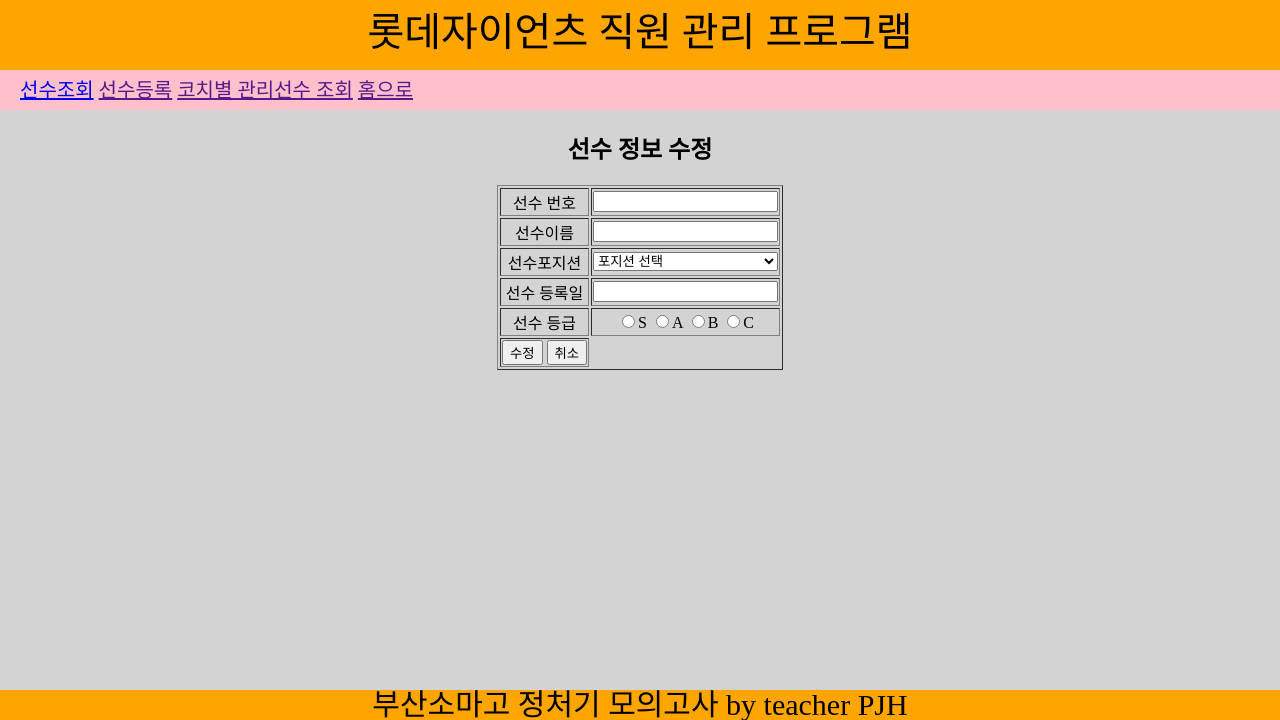
Repository: jeajune0221/information
Page: http://localhost/HRD_2411/update.jsp
The author's editor kept a copy of each file at every save. The page is drawn from the files as they stood at one save, then again after the next save.
The browser window is 1280 px wide. The pictures show the whole page.
The page is served by Tomcat 9.

Above is the page before, as saved 2026-03-16 11:20:22.

### hrdkorea/HRD_2411/src/main/webapp/update.jsp
<%@ page language="java" contentType="text/html; charset=UTF-8"
    pageEncoding="UTF-8"%>
<!DOCTYPE html>
<html>
<head>
<meta charset="UTF-8">
<title>Insert title here</title>
<link href ="style.css" rel ="stylesheet">
</head>
<body>
<jsp:include page="header.jsp"></jsp:include>
<section>
<H2>선수 정보 수정</H2>
<form style = "display : flex; align-items : center; justify-content : center; text-align : center">
<table border = 1>
<tr>
<td>선수 번호</td>
<td><input type ="text" name = "pid"></td>
</tr>
<tr>
<td>선수이름</td>
<td><input type ="text" name ="pname"></td>
</tr>
<tr>
<td>선수포지션</td>
<td>
<select name ="ppostion" style ="width : 100%">
<option value ="">포지션 선택</option>
<option value ="투수">투수</option>
<option value ="내야수">내야수</option>
<option value ="외야수">외야수</option>
</select>
</td>
</tr>
<tr>
<td>선수 등록일</td>
<td><input type="text" name ="pdate"></td>
</tr>
<tr>
<td>선수 등급</td>
<td><input type ="radio" name = "pgrade" value ="S">S
<input type ="radio" name = "pgrade" value ="A">A
<input type ="radio" name = "pgrade" value ="B">B
<input type ="radio" name = "pgrade" value ="C">C</td>
</tr>
<tr>
<td >
<button>수정</button>
<button>취소</button>
</td>
</tr>

</table>
</form>
</section>
<jsp:include page="footer.jsp"></jsp:include>
</body>
</html>

### hrdkorea/HRD_2411/src/main/webapp/header.jsp
<%@ page language="java" contentType="text/html; charset=UTF-8"
    pageEncoding="UTF-8"%>
<!DOCTYPE html>
<html>
<head>
<meta charset="UTF-8">
<title>Insert title here</title>
<link href = "style.css" rel ="stylesheet">
</head>
<body>
<header>롯데자이언츠 직원 관리 프로그램</header>
<nav>
<a href="list.jsp">선수조회</a>
<a href="">선수등록</a>
<a href="">코치별 관리선수 조회</a>
<a href="">홈으로</a>
</nav>
</body>
</html>

### hrdkorea/HRD_2411/src/main/webapp/footer.jsp
<%@ page language="java" contentType="text/html; charset=UTF-8"
    pageEncoding="UTF-8"%>
<!DOCTYPE html>
<html>
<head>
<meta charset="UTF-8">
<title>Insert title here</title>
<link href ="style.css" rel = "stylesheet">
</head>
<body>
<footer>부산소마고 정처기 모의고사 by teacher PJH</footer>
</body>
</html>

### hrdkorea/HRD_2411/src/main/webapp/style.css
@charset "UTF-8";
header{
	position :fixed;
	top:0px;
	left : 0px;
	width : 100%;
	height : 70px;
	background : orange;
	text-align:center;
	font-size : 40px;
}
nav{
	position : fixed;
	top : 70px;
	left : 0px;
	width : 100%;
	height : 40px;
	background : pink;
	line-height : 40px;
	padding-left : 20px;
	font-size : 20px;
}
section{
	position : fixed;
	top : 110px;
	left : 0px;
	width : 100%;
	height : 100%;
	background : lightgray;
	text-align : center;
}

footer{
	position : fixed;
	bottom : 0px;
	left : 0px;
	width : 100%;
	height : 30px;
	background : orange;
	line-height : 30px;
	text-align : center;
	font-size : 30px;

}

After the next save:
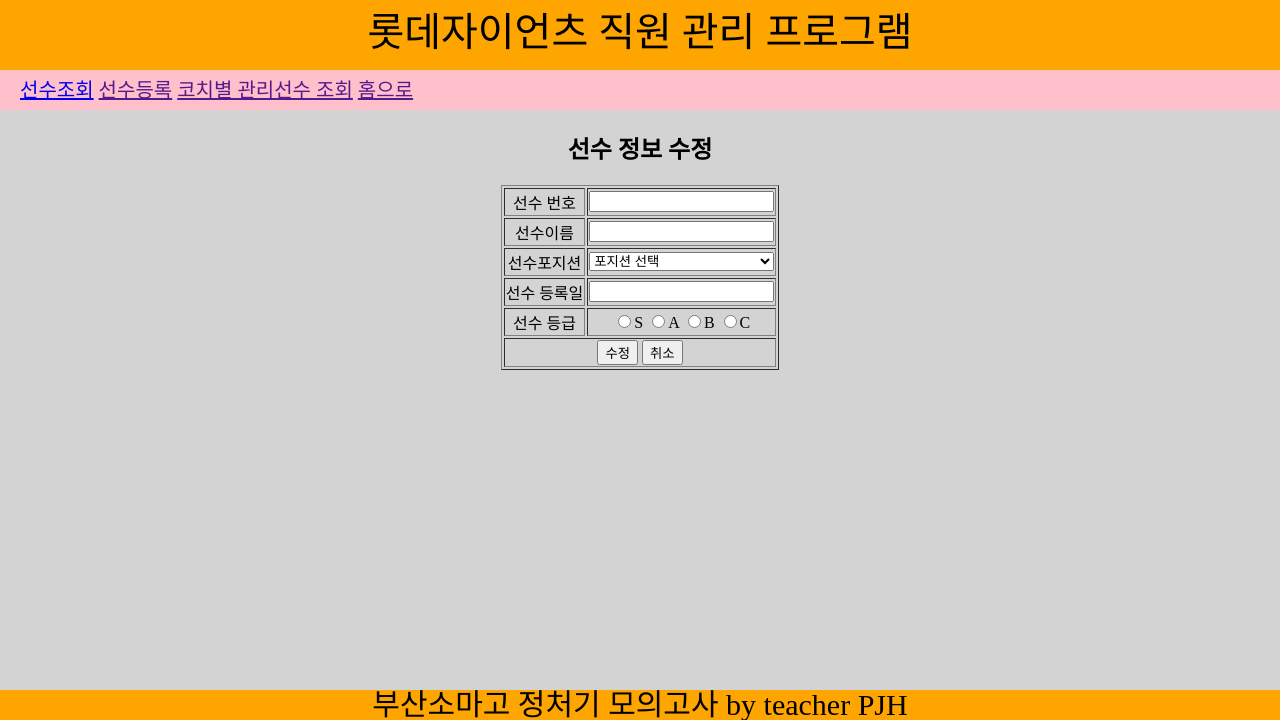
Saved 9 s later.
--- a/hrdkorea/HRD_2411/src/main/webapp/update.jsp
+++ b/hrdkorea/HRD_2411/src/main/webapp/update.jsp
@@ -44,7 +44,7 @@
 <input type ="radio" name = "pgrade" value ="C">C</td>
 </tr>
 <tr>
-<td >
+<td colspan = 2>
 <button>수정</button>
 <button>취소</button>
 </td>
